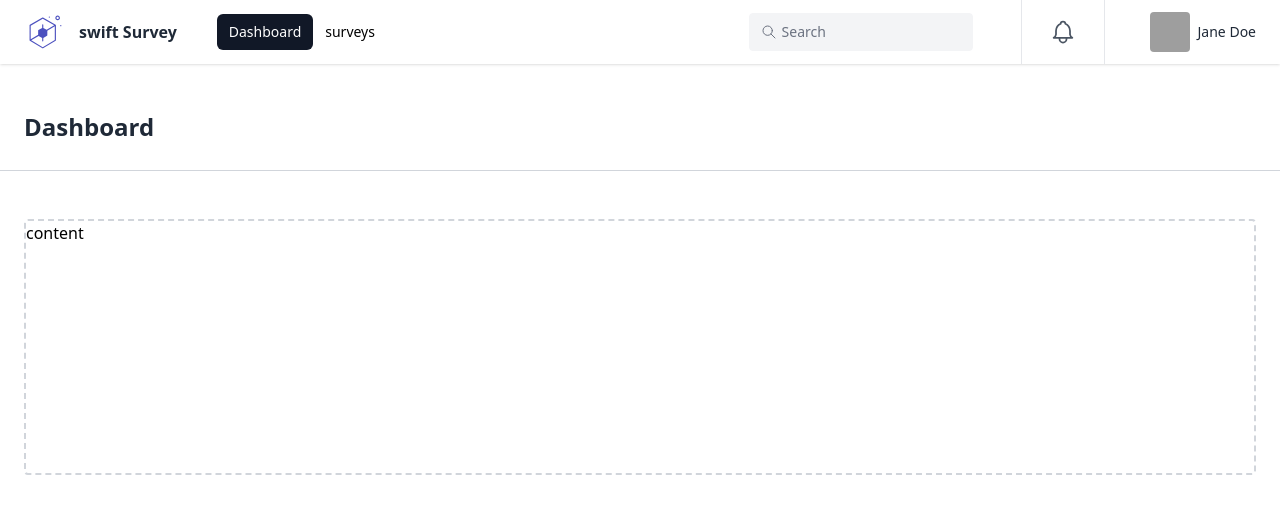
Repository: thomsontochi/swiftSurvey
Page: /dashboard (app in vue/)
An editor plug-in stored every save of this project. The page is shown before and after a run of saves, followed by the edit.
The browser window is 1280 px wide. The pictures show the whole page.
Pictures or frames that could not be fetched are drawn as grey boxes. The project was rebuilt for these pictures with package versions that can differ from the ones it lists, and the page was loaded fresh each time. Also part of the build but not shown: vue/vite.config.js, vue/src/views/Login.vue, vue/src/views/Register.vue, vue/src/views/Surveys.vue, vue/src/components/AuthLayout.vue, vue/src/components/Pages/Welcome.vue.

Above is the page before, as saved 2022-07-16 15:52:14.

After the next 3 saves:
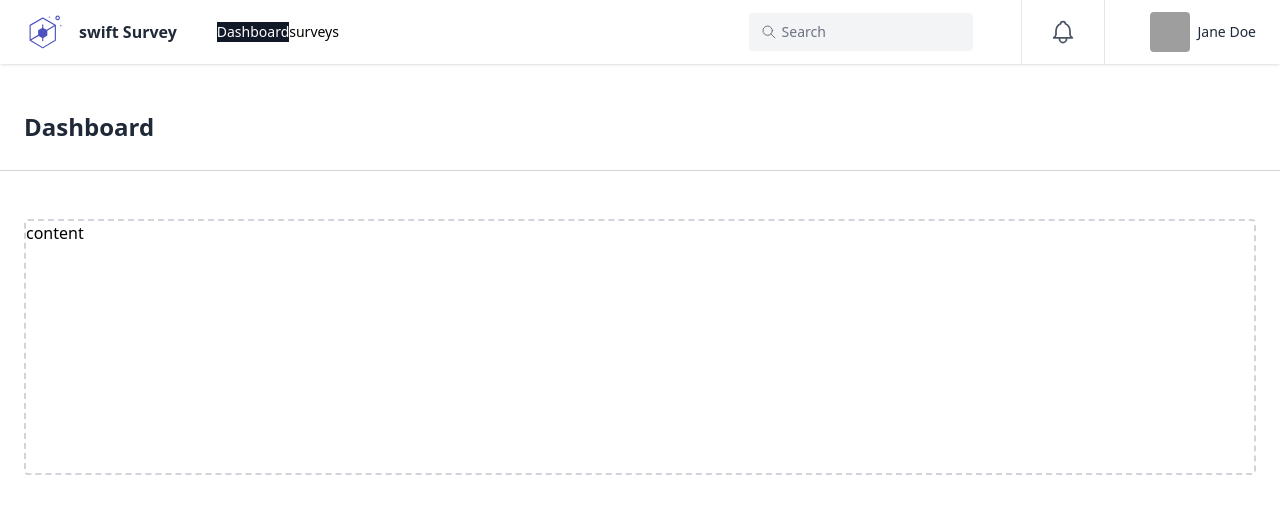
The 3 saves are shown as one change because 2 did not build or start.
The last was saved 2 min 39 s later.
--- a/vue/src/components/DefaultLayout.vue
+++ b/vue/src/components/DefaultLayout.vue
@@ -23,7 +23,7 @@
                             :key="item.name"
                             :to="item.to"
                             active-class="bg-gray-900 text-white"
-                            :class="[ this.$route.name === item.to.name ? '' : ' hover:bg-gray-700 hover:text-white', 'px-3 py-2 rounded-md text-sm font-medium']">
+                            :class="[ this.$route.name === item.to.name ]">
                               {{item.name}}
                         </router-link>
                         </li>
